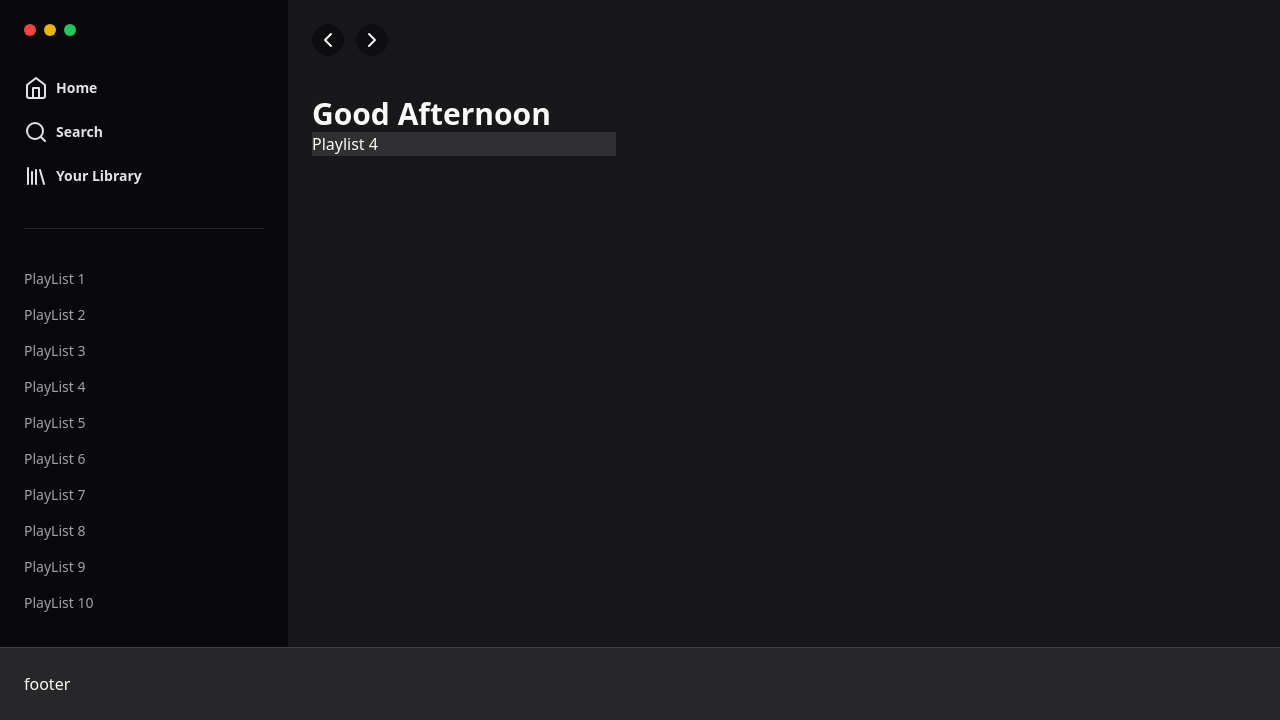
Repository: guilhermecardoso93/tailwind-spotify
Page: /
These files come from the project's save history. The page is drawn as it stood at one moment and after the next save; the edit follows.
The browser window is 1280 px wide. The pictures show the whole page.
The project was rebuilt for these pictures with package versions that can differ from the ones it lists, and the page was loaded fresh each time. The framework's server and built-in components were replaced by stand-ins that run in the browser. Also part of the build but not shown: next.config.js.

Above is the page before, as saved 2023-04-15 20:14:47.

After the next save:
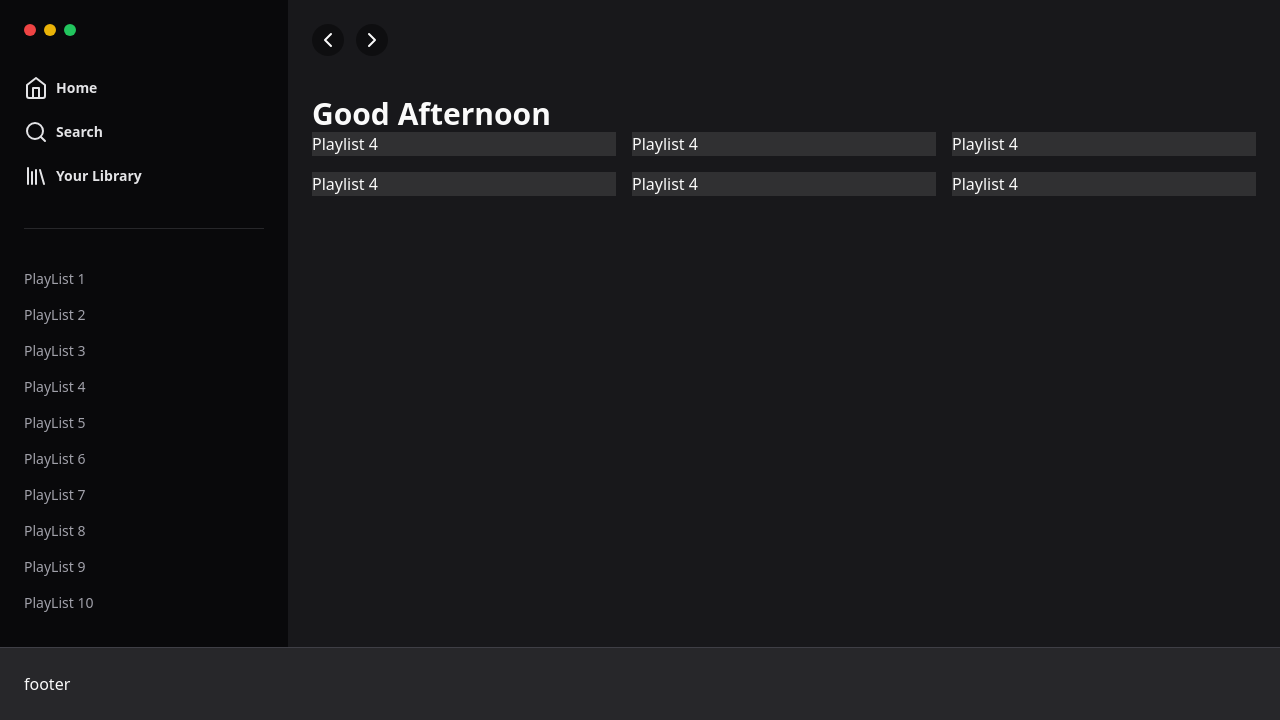
Saved 7 s later.
--- a/src/app/page.tsx
+++ b/src/app/page.tsx
@@ -83,6 +83,11 @@
           <h1 className="font-semibold text-3xl mt-10">Good Afternoon</h1>
           <div className='grid grid-cols-3 gap-4'>
             <div className="bg-white/10">Playlist 4</div>
+            <div className="bg-white/10">Playlist 4</div>
+            <div className="bg-white/10">Playlist 4</div>
+            <div className="bg-white/10">Playlist 4</div>
+            <div className="bg-white/10">Playlist 4</div>
+            <div className="bg-white/10">Playlist 4</div>
           </div>
         </main>
       </div>
